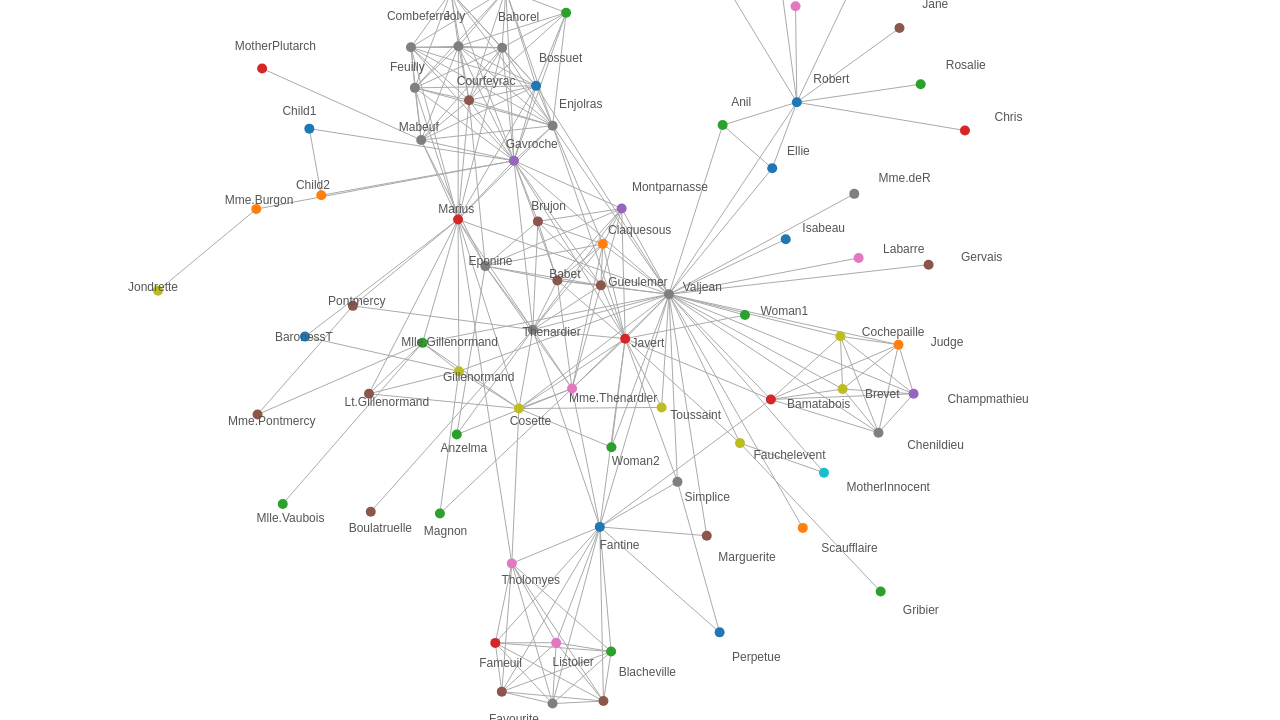
Repository: aniltammana/big-bankers
Page: trending-spendings-d3/big-bankers-2.0/index.html
The author's editor kept a copy of each file at every save. The page is drawn from the files as they stood at one save, then again after the next save.
The browser window is 1280 px wide. The pictures show the whole page.

Above is the page before, as saved 2019-10-06 11:58:49.
Console error: TypeError: Cannot read properties of undefined (reading 'fn')

After the next save:
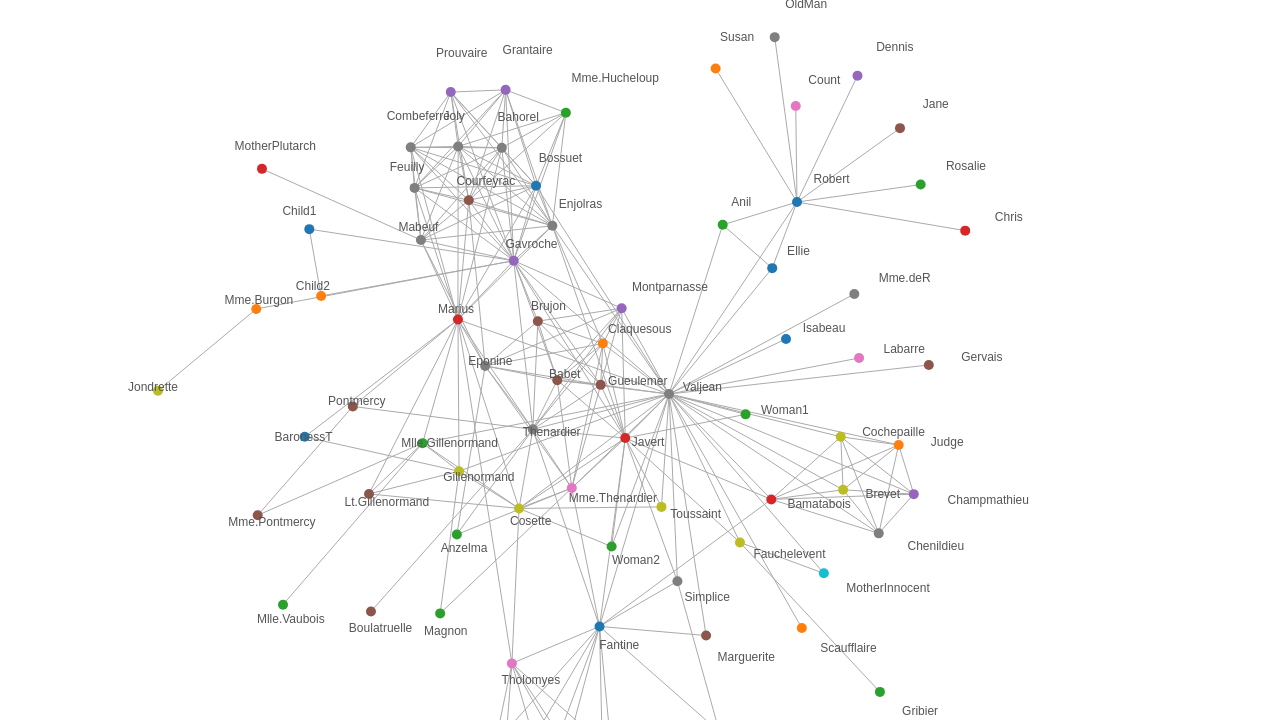
Saved 4 s later.
--- a/trending-spendings-d3/big-bankers-2.0/index.js
+++ b/trending-spendings-d3/big-bankers-2.0/index.js
@@ -1,5 +1,5 @@
 var width = 1200;
-var height = 600;
+var height = 800;
 var color = d3.scaleOrdinal(d3.schemeCategory10);
 
 d3.json("data/ex2.json").then(function(graph) {
